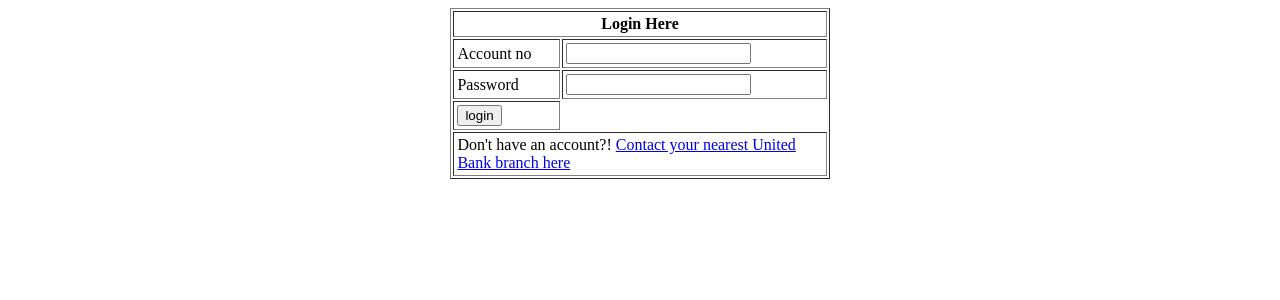
Repository: ameena017/bank-app
Page: http://localhost/banking-app/login.jsp
These files come from the project's save history. The page is drawn as it stood at one moment and after the next save; the edit follows.
The browser window is 1280 px wide. The pictures show the whole page.
The page is served by Tomcat 9. Nobody is signed in. The application's start-up code is not run. Other server files are loaded and not shown.

Above is the page before, as saved 2017-09-18 11:50:37.

### banking-app/WebContent/login.jsp

<%@page contentType="text/html" pageEncoding="UTF-8"%>
<!DOCTYPE html>
<html>
    <head>
        <meta http-equiv="Content-Type" content="text/html; charset=UTF-8">
        <title>Welcome to United Bank</title>
    </head>
    <body>
        <form method="post" action="login">
            <center>
            <table border="1" width="30%" cellpadding="3">
                <thead>
                    <tr>
                        <th colspan="2">Login Here</th>
                    </tr>
                </thead>
                <tbody>
                    <tr>
                        <td>Account no</td>
                        <td><input type="text" name="acc_no" value="" /></td>
                    </tr>
                    <tr>
                        <td>Password</td>
                        <td><input type="password" name="password" value="" /></td>
                    </tr>
                    <tr>
                       <center> <td><input type="submit" value="login" /></td></center>
                       <!--  <td><input type="reset" value="Reset" /></td> -->
                    </tr>
                    <tr>
                        <td colspan="2">Don't have an account?! <a href="reg.jsp">Contact your nearest United Bank branch here</a></td>
                    </tr>
                </tbody>
            </table>
            </center>
        </form>
    </body>
</html>

After the next save:
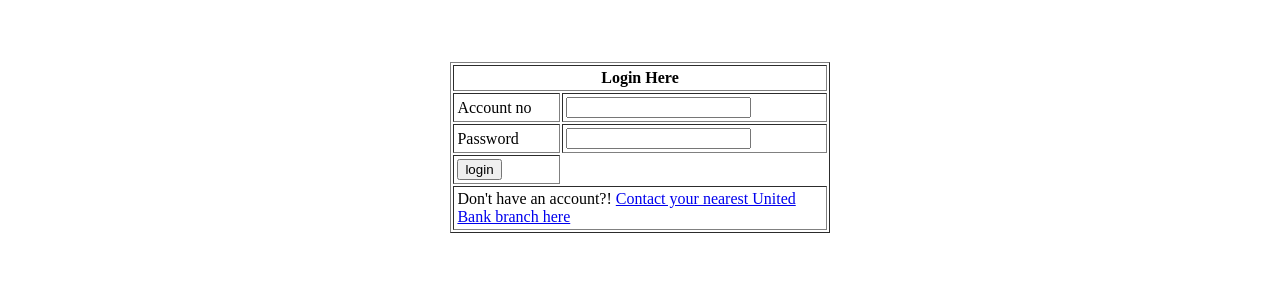
Saved 4 min 58 s later.
--- a/banking-app/WebContent/login.jsp
+++ b/banking-app/WebContent/login.jsp
@@ -7,6 +7,10 @@
         <title>Welcome to United Bank</title>
     </head>
     <body>
+    </br>
+    </br>
+    </br>
+
         <form method="post" action="login">
             <center>
             <table border="1" width="30%" cellpadding="3">
